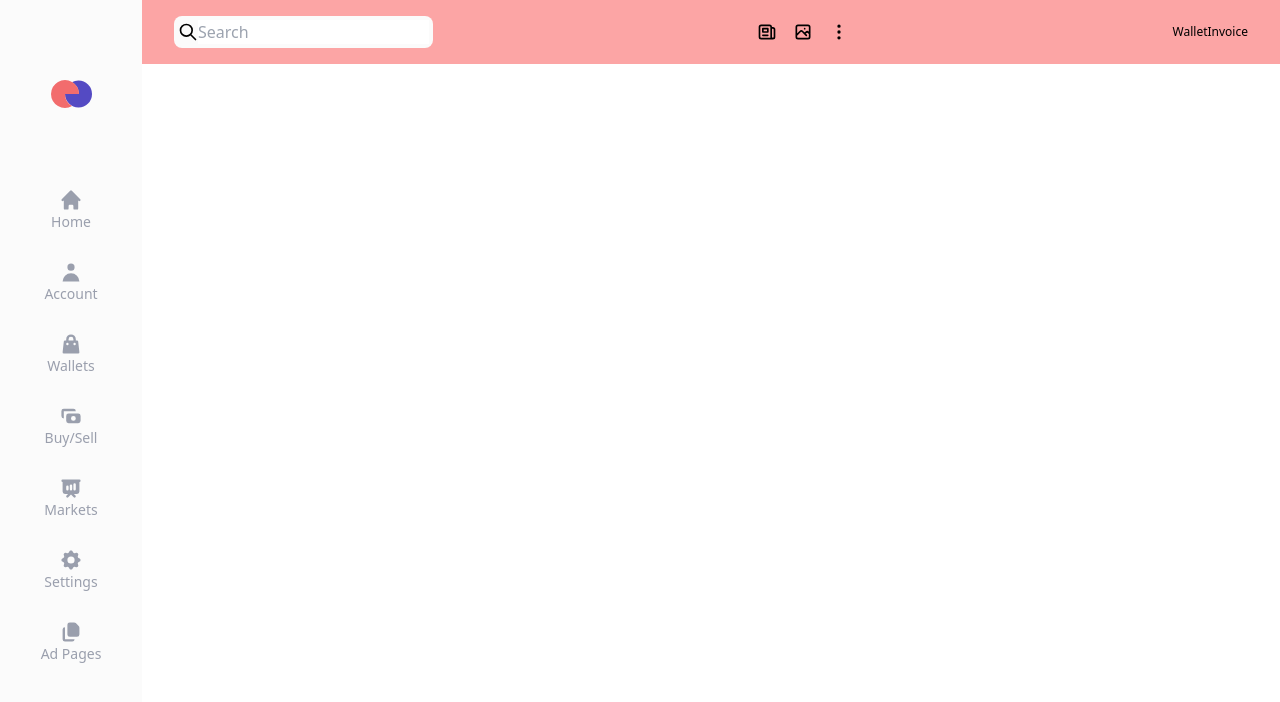
Repository: almaqdad55/crypto-app-nextjs
Page: /
The author's editor kept a copy of each file at every save. The page is drawn from the files as they stood at one save, then again after the next save.
The browser window is 1280 px wide. The pictures show the whole page.
The project was rebuilt for these pictures with package versions that can differ from the ones it lists, and the page was loaded fresh each time. The framework's server and built-in components were replaced by stand-ins that run in the browser.

Above is the page before, as saved 2022-01-04 20:06:31.

### pages/index.js
import Head from 'next/head';
import Sidebar from '../components/Sidebar';
import Feed from '../components/Feed';

export default function Home() {
  return (
    <div className="">
      <Head>
        <title>Crypto Trade</title>
        <link rel="icon" href="/logo.svg" />
      </Head>

      <main className="flex">
        <Sidebar />
        <Feed />
        {/* Widget */}
      </main>
    </div>
  );
}

### styles/globals.css
@import url('https://fonts.googleapis.com/css2?family=Lato:wght@300;400;700&display=swap');

@tailwind base;
@tailwind components;
@tailwind utilities;

@layer base {
  body {
    @apply bg-white;
  }
}

@layer components {
  .icon-group {
    @apply flex flex-col  items-center text-sm cursor-pointer text-[#9A9FAD] hover:text-[#544AC3] transition duration-200;
  }
}

### components/Sidebar.jsx
import {
  HomeIcon,
  UserIcon,
  CashIcon,
  ShoppingBagIcon,
  PresentationChartBarIcon,
  CogIcon,
  DocumentDuplicateIcon,
} from '@heroicons/react/solid';

const Sidebar = () => {
  return (
    <div className="flex flex-col items-center  h-screen w-[142px]  bg-[#fbfbfb] ">
      <div className="mt-20">
        <img src="/logo.svg" alt="" />
      </div>
      <div className="mb-40 mt-20 flex flex-col space-y-7">
        <div className="icon-group group">
          <HomeIcon className="h-6 " />
          <span className="">Home</span>
        </div>
        <div className="icon-group group">
          <UserIcon className="h-6 " />
          <span className="">Account</span>
        </div>
        <div className="icon-group group">
          <ShoppingBagIcon className="h-6 " />
          <span className="">Wallets</span>
        </div>
        <div className="icon-group group ">
          <CashIcon className="h-6 " />
          <span className="">Buy/Sell</span>
        </div>
        <div className="icon-group group">
          <PresentationChartBarIcon className="h-6 " />
          <span className="">Markets</span>
        </div>
        <div className="icon-group group">
          <CogIcon className="h-6 " />
          <span className="">Settings</span>
        </div>
        <div className="icon-group group">
          <DocumentDuplicateIcon className="h-6 " />
          <span className="">Ad Pages</span>
        </div>
      </div>
    </div>
  );
};

export default Sidebar;

### components/Feed.jsx
import {
  DotsVerticalIcon,
  PhotographIcon,
  NewspaperIcon,
  SearchIcon,
} from '@heroicons/react/outline';

// import { SearchIcon } from '@heroicons/react/solid';
const Feed = () => {
  return (
    <div className=" flex-grow  ">
      <div className="flex items-center bg-red-300 justify-between py-4 px-8">
        <div className="flex items-center bg-[#fbfbfb] rounded-lg p-1">
          <SearchIcon className="h-5" />
          <input type="text" placeholder={`Search`} className="outline-none" />
        </div>
        <div className="flex space-x-4">
          <NewspaperIcon className="h-5" />
          <PhotographIcon className="h-5" />
          <DotsVerticalIcon className="h-5" />
        </div>
        <div className="flex text-xs">
          <p>Wallet</p>
          <p>Invoice</p>
        </div>
      </div>
    </div>
  );
};

export default Feed;

### tailwind.config.js
module.exports = {
  content: [
    './pages/**/*.{js,ts,jsx,tsx}',
    './components/**/*.{js,ts,jsx,tsx}',
  ],
  theme: {
    extend: {
      fontFamily: {
        Lato: ['Lato', 'sans-serif'],
      },
    },
  },
  plugins: [],
};

Loaded but not shown: pages/_app.js (common file); pages/api/hello.js (common file); pages/api/city.js (no copy from this time; the picture is the same without it); pages/api/getYTData.js (no copy from this time; the picture is the same without it)

After the next save:
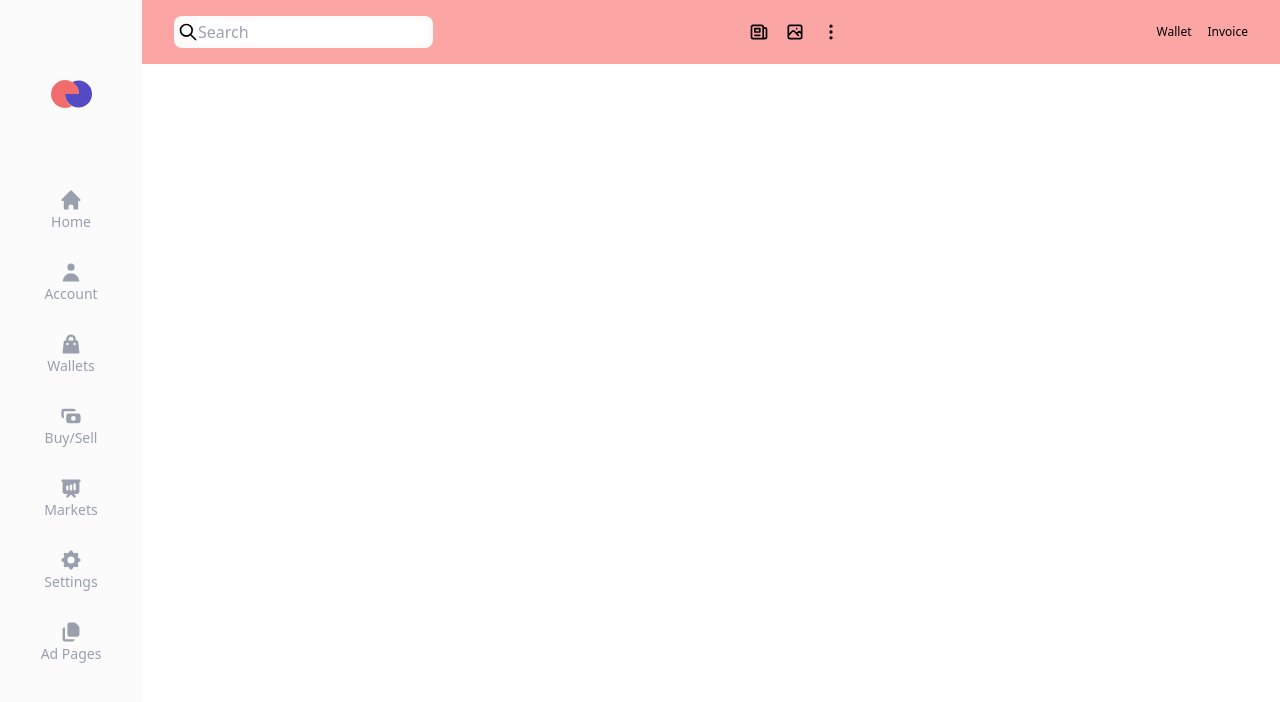
Saved 23 s later.
--- a/components/Feed.jsx
+++ b/components/Feed.jsx
@@ -19,7 +19,7 @@ const Feed = () => {
           <PhotographIcon className="h-5" />
           <DotsVerticalIcon className="h-5" />
         </div>
-        <div className="flex text-xs">
+        <div className="flex text-xs space-x-4">
           <p>Wallet</p>
           <p>Invoice</p>
         </div>
